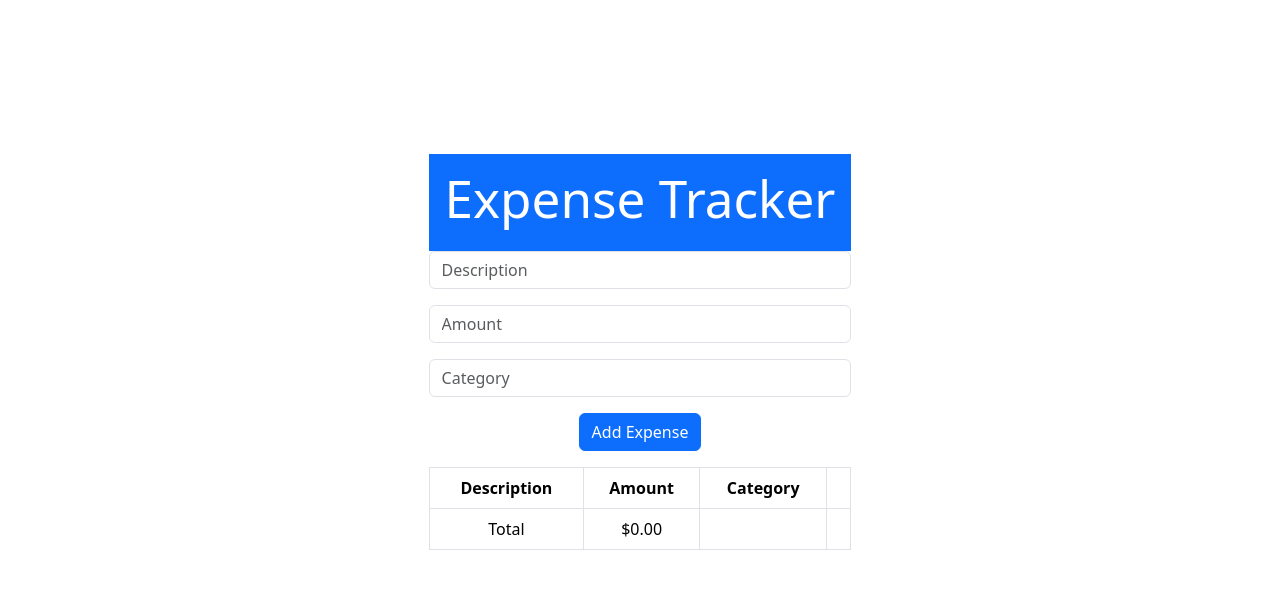
Repository: JuniorDevChris/ExpenseTracker
Page: / (app in frontend/)
An editor plug-in stored every save of this project. The page is shown before and after a run of saves, followed by the edit.
The browser window is 1280 px wide. The pictures show the whole page.
The project was rebuilt for these pictures with package versions that can differ from the ones it lists, and the page was loaded fresh each time. Also part of the build but not shown: frontend/vite.config.js.

Above is the page before, as saved 2024-07-07 17:10:38.

### frontend/src/main.jsx
import 'bootstrap/dist/css/bootstrap.min.css';
import React from 'react';
import ReactDOM from 'react-dom/client';
import App from './App';
import './index.css';

ReactDOM.createRoot(document.getElementById('root')).render(
  <React.StrictMode>
    <App />
  </React.StrictMode>
);

### frontend/src/App.jsx
import React, { useState } from 'react';
import Header from './components/Header';
import ExpenseForm from './components/ExpenseForm';
import ExpenseList from './components/ExpenseList';
import './App.css';

function App() {
  const [expenses, setExpenses] = useState([]);

  const addExpense = (expense) => {
    setExpenses([...expenses, { ...expense, id: Date.now() }]);
  };

  const deleteExpense = (id) => {
    setExpenses(expenses.filter((expense) => expense.id !== id));
  };

  return (
    <div className="App container">
      <Header />
      <ExpenseForm addExpense={addExpense} />
      <ExpenseList expenses={expenses} deleteExpense={deleteExpense} />
    </div>
  );
}

export default App;

### frontend/src/components/Header.jsx
import React from 'react';

const Header = () => {
  return (
    <header className="bg-primary text-white p-3">
      <h1>Expense Tracker</h1>
    </header>
  );
};

export default Header;

### frontend/src/components/ExpenseForm.jsx
import React, { useState } from 'react';

const ExpenseForm = ({ addExpense }) => {
  const [description, setDescription] = useState('');
  const [amount, setAmount] = useState('');
  const [category, setCategory] = useState('');

  const handleSubmit = (e) => {
    e.preventDefault();
    addExpense({ description, amount: parseFloat(amount), category });
    setDescription('');
    setAmount('');
    setCategory('');
  };

  return (
    <form onSubmit={handleSubmit} className="mb-3">
      <div className="mb-3">
        <input
          type="text"
          className="form-control"
          placeholder="Description"
          value={description}
          onChange={(e) => setDescription(e.target.value)}
          required
        />
      </div>
      <div className="mb-3">
        <input
          type="number"
          className="form-control"
          placeholder="Amount"
          value={amount}
          onChange={(e) => setAmount(e.target.value)}
          required
        />
      </div>
      <div className="mb-3">
        <input
          type="text"
          className="form-control"
          placeholder="Category"
          value={category}
          onChange={(e) => setCategory(e.target.value)}
          required
        />
      </div>
      <button type="submit" className="btn btn-primary">Add Expense</button>
    </form>
  );
};

export default ExpenseForm;

### frontend/src/components/ExpenseList.jsx
import React from 'react';

const ExpenseList = ({ expenses, deleteExpense }) => {
  return (
    <table className="table table-bordered">
      <thead>
        <tr>
          <th>Description</th>
          <th>Amount</th>
          <th>Category</th>
          <th></th>
        </tr>
      </thead>
      <tbody>
        {expenses.map((expense) => (
          <tr key={expense.id}>
            <td>{expense.description}</td>
            <td>${expense.amount.toFixed(2)}</td>
            <td>{expense.category}</td>
            <td>
              <button
                className="btn btn-outline-danger"
                onClick={() => deleteExpense(expense.id)}
              >
                Delete
              </button>
            </td>
          </tr>
        ))}
      </tbody>
      <tfoot>
        <tr>
          <td>Total</td>
          <td>
            $
            {expenses
              .reduce((acc, expense) => acc + parseFloat(expense.amount), 0)
              .toFixed(2)}
          </td>
          <td></td>
          <td></td>
        </tr>
      </tfoot>
    </table>
  );
};

export default ExpenseList;

Loaded but not shown: frontend/index.html (common file); frontend/src/index.css (common file); frontend/src/App.css (common file)

After the next 2 saves:
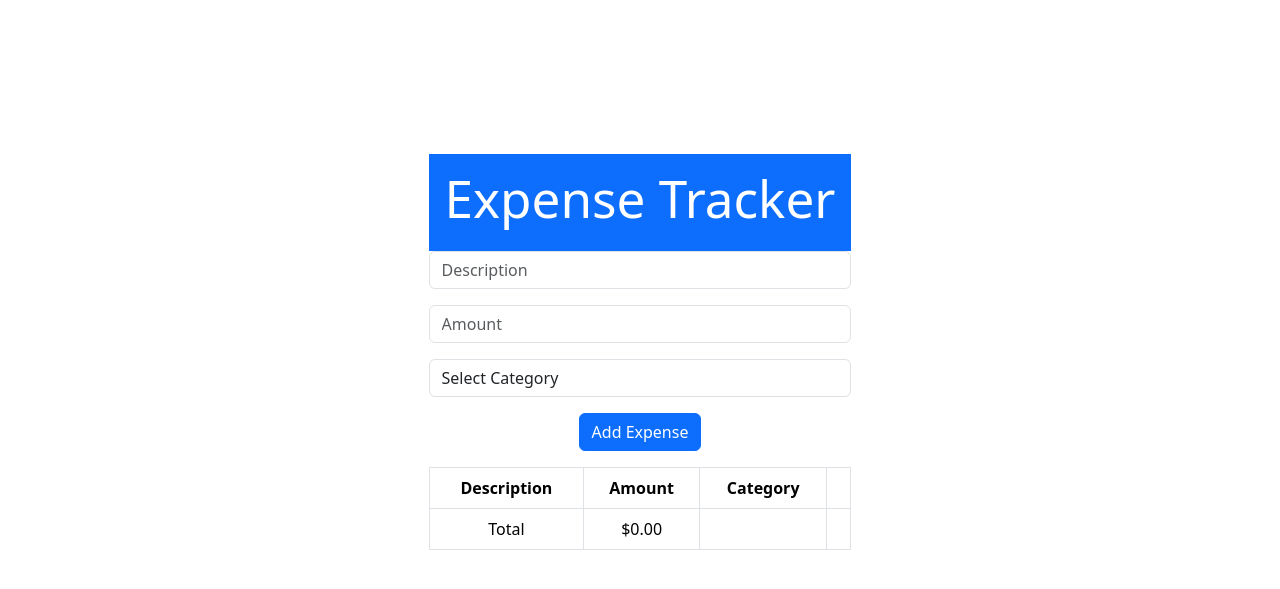
The 2 saves are shown as one change because they came seconds apart.
The last was saved 3 min 33 s later.
--- a/frontend/src/components/ExpenseForm.jsx
+++ b/frontend/src/components/ExpenseForm.jsx
@@ -36,14 +36,17 @@ const ExpenseForm = ({ addExpense }) => {
         />
       </div>
       <div className="mb-3">
-        <input
-          type="text"
+        <select
           className="form-control"
-          placeholder="Category"
           value={category}
           onChange={(e) => setCategory(e.target.value)}
           required
-        />
+        >
+          <option value="" disabled>Select Category</option>
+          <option value="Groceries">Groceries</option>
+          <option value="Utilities">Utilities</option>
+          <option value="Entertainment">Entertainment</option>
+        </select>
       </div>
       <button type="submit" className="btn btn-primary">Add Expense</button>
     </form>
